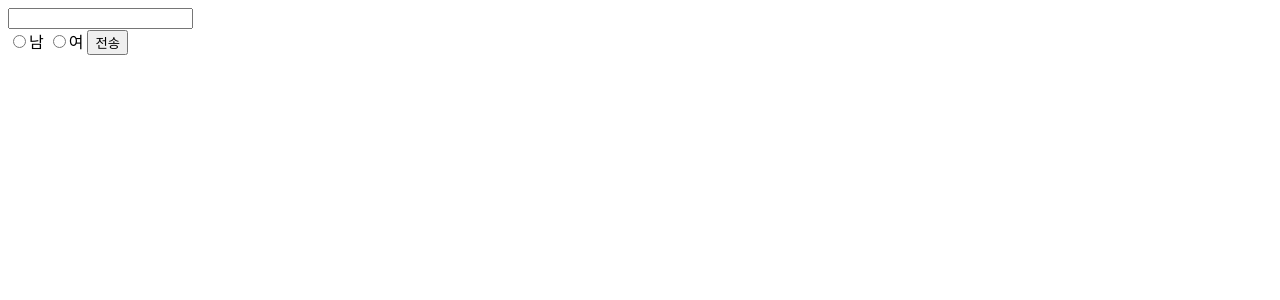
Repository: ryu1917/jsp
Page: http://localhost/jsp02/quiz/quiz.jsp
These files come from the project's save history. The page is drawn as it stood at one moment and after the next save; the edit follows.
The browser window is 1280 px wide. The pictures show the whole page.
The page is served by Tomcat 9.

Above is the page before, as saved 2021-04-21 07:33:18.

After the next save:
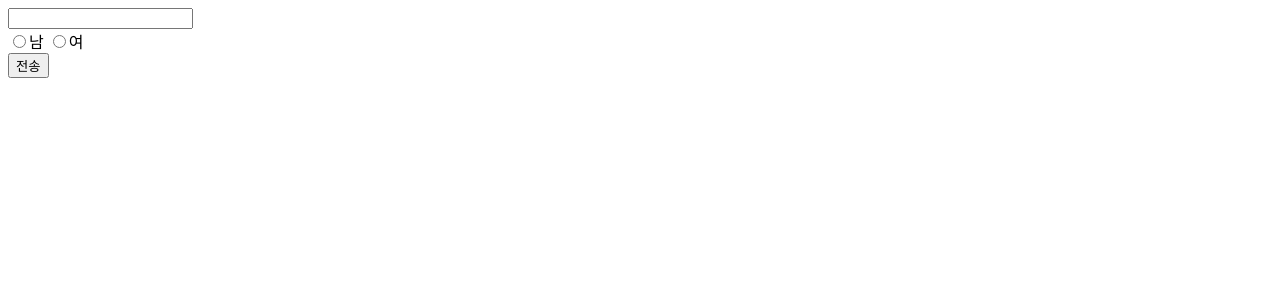
Saved 96 s later.
--- a/workspace/jsp02/src/main/webapp/quiz/quiz.jsp
+++ b/workspace/jsp02/src/main/webapp/quiz/quiz.jsp
@@ -10,7 +10,7 @@
 <form action="result.jsp">
 <input type="text"name="num"><br>
 <input type="radio"name="man"value="남자">남
-<input type="radio"name="woman"value="여자">여
+<input type="radio"name="woman"value="여자">여<br>
 <input type="submit"value="전송">
 </form>
 </body>
